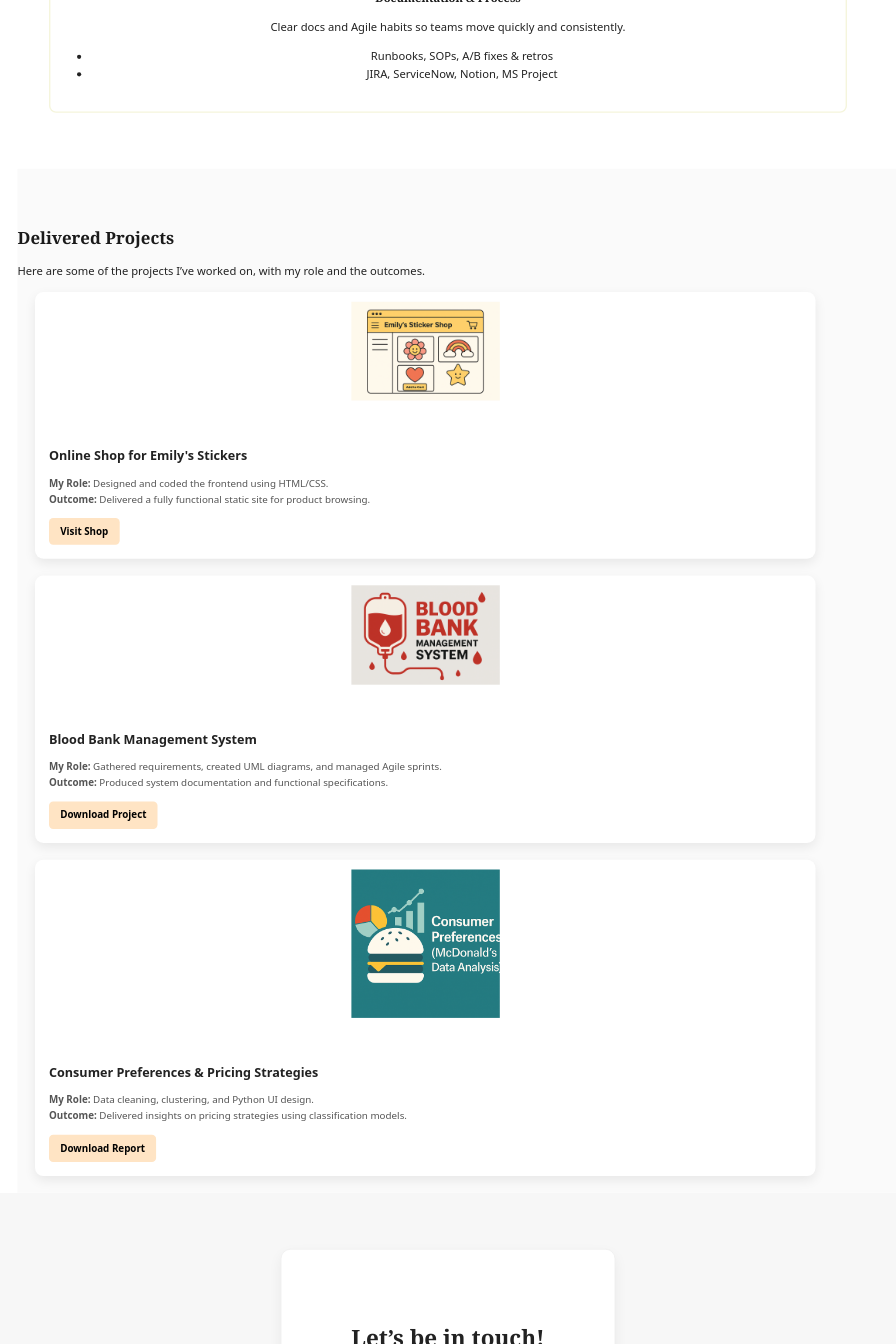
Repository: rozhinasaberi/MyPortfolio
Page: / (app in client/)
An editor plug-in stored every save of this project. The page is shown before and after the next save, followed by the edit.
The browser window is 1280 px wide. The pictures show the part of the page from y = 3033 to 4953 px (the page is 5541 px tall before and 5381 px after), at 70% of full size.
The project was rebuilt for these pictures with package versions that can differ from the ones it lists, and the page was loaded fresh each time.

Above is the page before, as saved 2025-09-17 06:17:28.

After the next save:
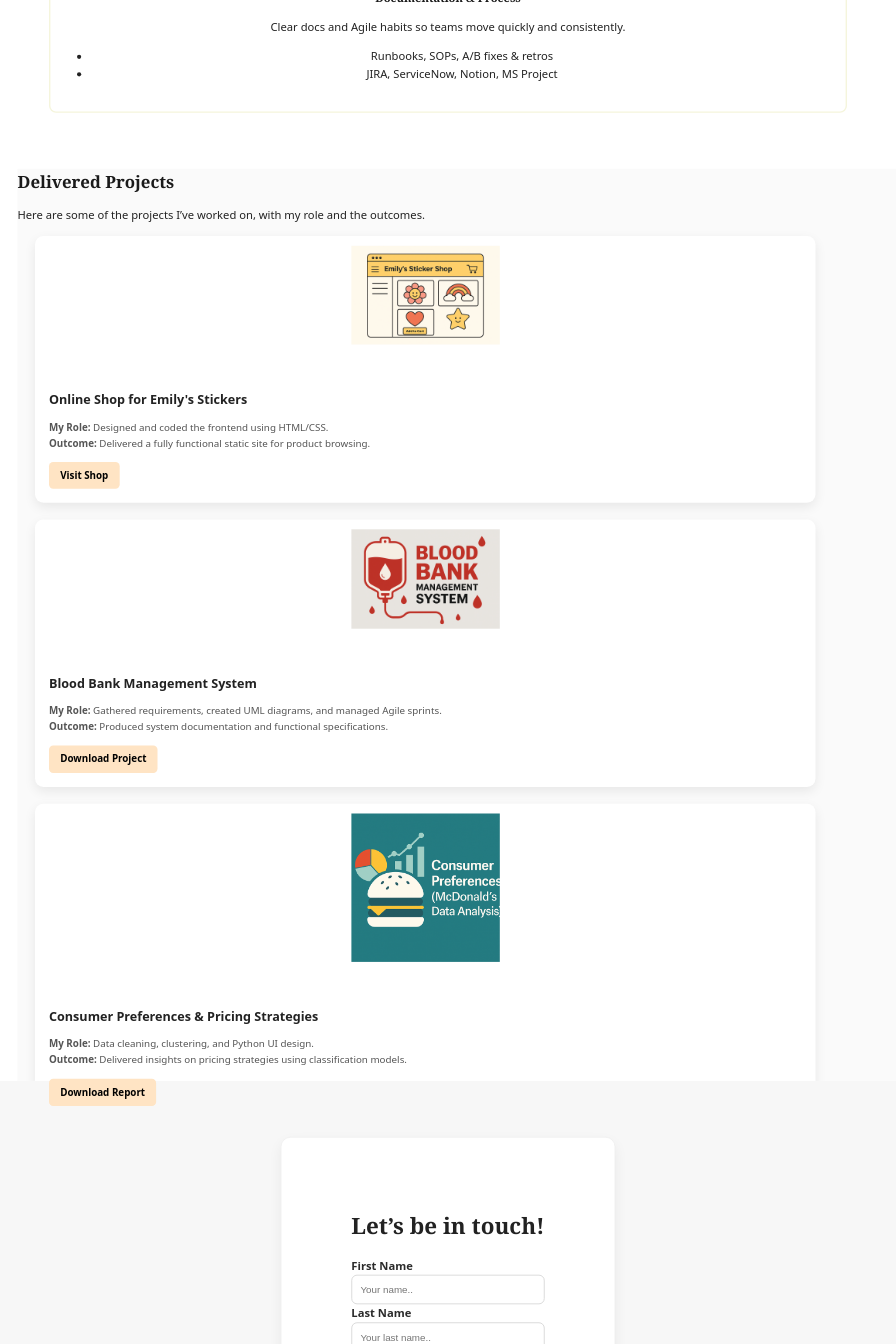
Saved 6 s later.
--- a/client/src/midterm1.css
+++ b/client/src/midterm1.css
@@ -241,7 +241,7 @@
    Projects Section
    =========================== */
    .Projectsection {
-    padding: 80px 0;
+
     background: #fafafa;
     margin-left: 25px;
     align-items: center;

After the save that followed:
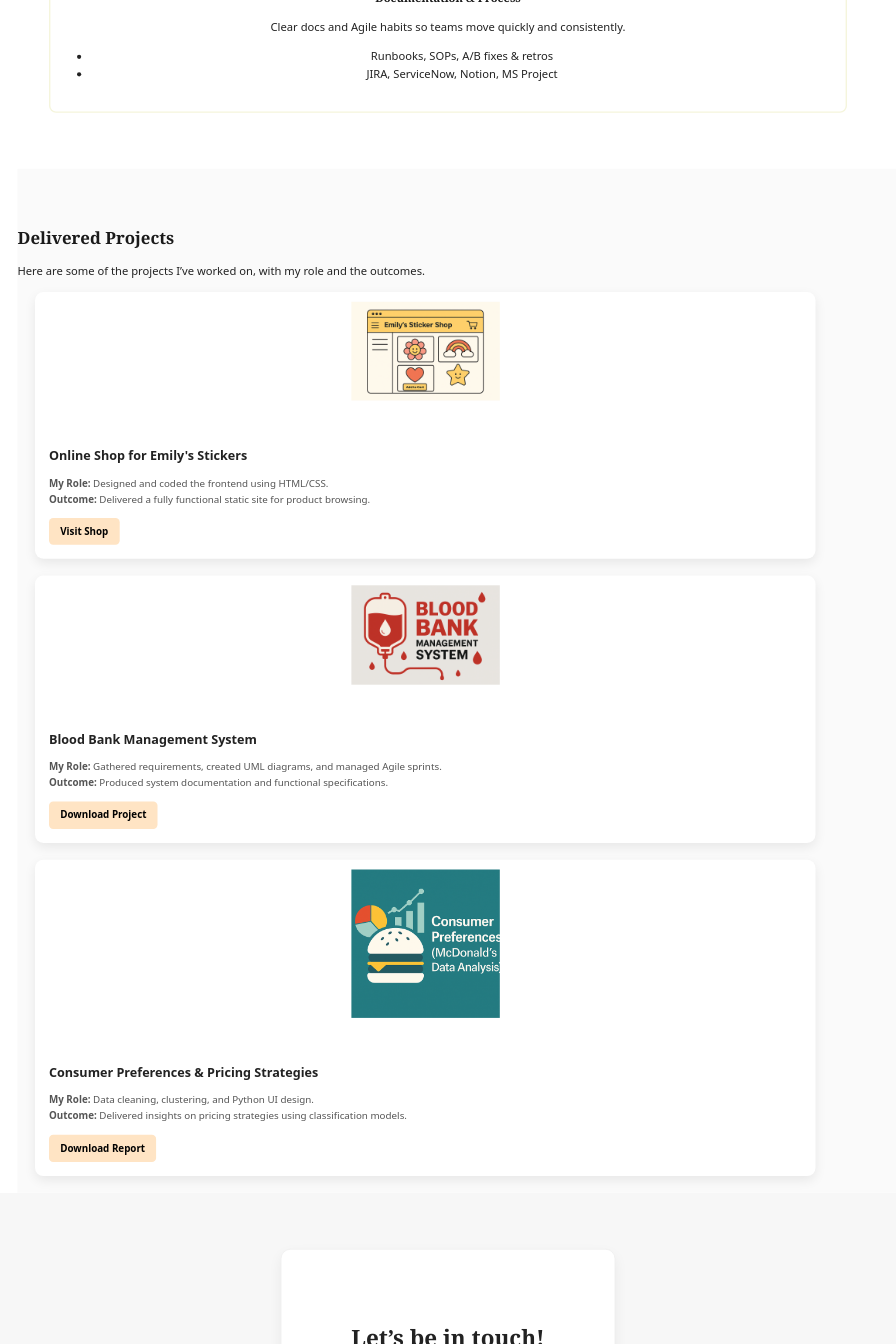
Saved 24 s later.
--- a/client/src/midterm1.css
+++ b/client/src/midterm1.css
@@ -241,11 +241,10 @@
    Projects Section
    =========================== */
    .Projectsection {
-
+    padding: 80px 0;
     background: #fafafa;
     margin-left: 25px;
-    align-items: center;
-    justify-content: center;
+
   }
 
   .Projectsection .row {
@@ -266,6 +265,8 @@
     background: #fff;
     box-shadow: 0 6px 16px rgba(0,0,0,.08);
     transition: transform .2s ease, box-shadow .2s ease;
+    align-items: center;
+    justify-content: center;
   }
 
   .project-card:hover {
